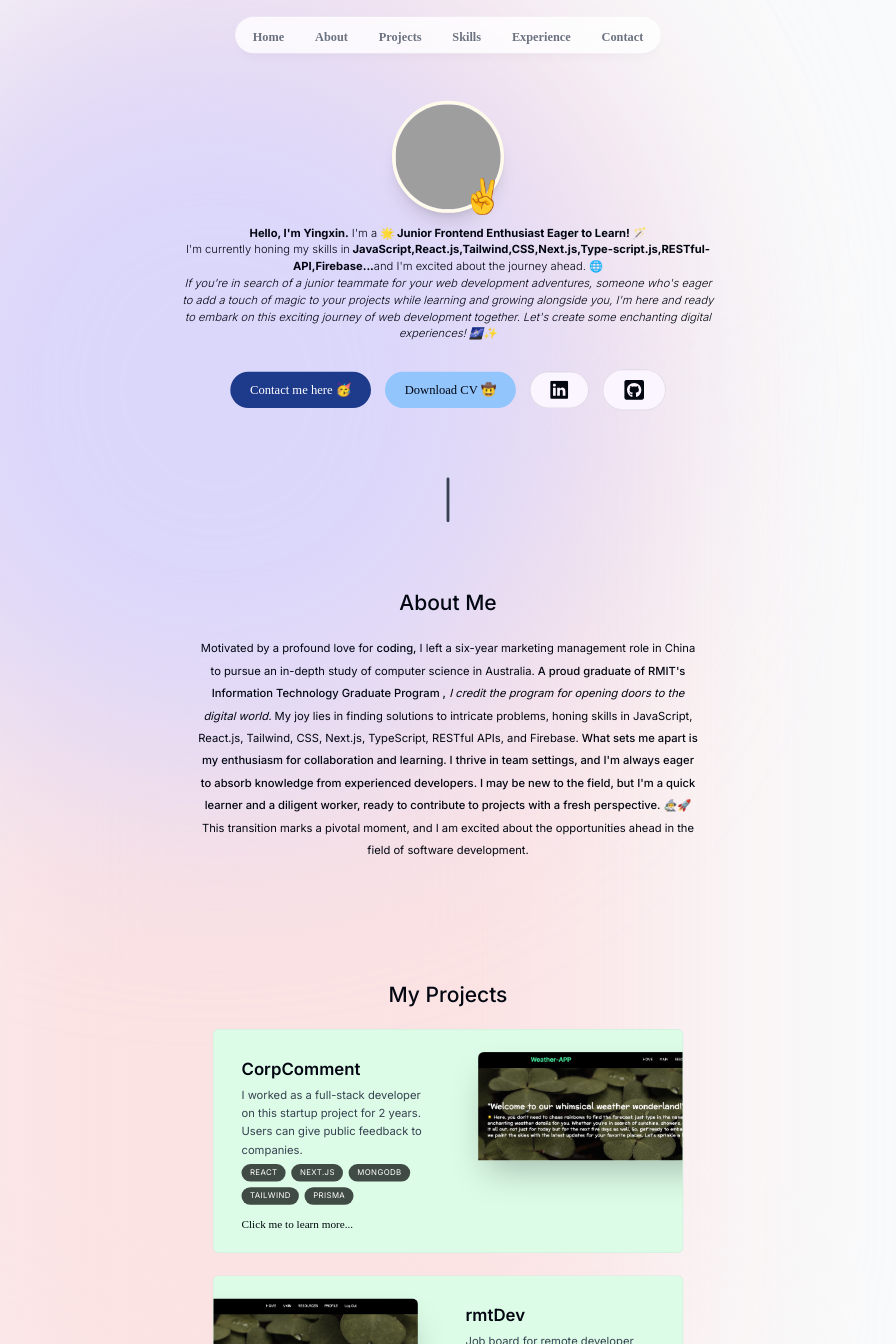
Repository: Tracy-maker/portfolio_website
Page: /
The author's editor kept a copy of each file at every save. The page is drawn from the files as they stood at one save, then again after the next save.
The browser window is 1280 px wide. The pictures show the part of the page from y = 0 to 1920 px (the page is 5000 px tall), at 70% of full size.
Pictures or frames that could not be fetched are drawn as grey boxes. The project was rebuilt for these pictures with package versions that can differ from the ones it lists, and the page was loaded fresh each time. The framework's server and built-in components were replaced by stand-ins that run in the browser. Also part of the build but not shown: next.config.js.

Above is the page before, as saved 2023-10-10 13:04:50.

### app/layout.tsx
import Header from "@/components/header";
import "./globals.css";
import type { Metadata } from "next";
import { Inter } from "next/font/google";

const inter = Inter({ subsets: ["latin"] });

export const metadata: Metadata = {
  title: "Yingxin_Zhang | Portfolio",
  description: "Yingxin_Zhang is a front-end developer",
};

export default function RootLayout({
  children,
}: {
  children: React.ReactNode;
}) {
  return (
    <html lang="en" className="!scroll-smooth">
      <body
        className={`${inter.className} bg-gray-50 text-gray-950 relative h-[5000px] pt-28 sm:pt-36`}
      >
        <div className="bg-[#fbe2e3] absolute top-[-6rem] -z-10 right-[21rem] h-[156.25rem] w-[31.25rem] rounded-full blur-[10rem] sm:w-[68.75rem]"></div>
        <div className="bg-[#dbd7fb] absolute top-[-1rem] -z-10 left-[-45rem] h-[71.25rem] w-[-30rem] rounded-full blur-[10rem] sm:w-[68.75rem] md:left-[-33rem] lg:left-[-28rem] xl:left-[-15rem] 2xl:left-[-5rem]"></div>
        <div className="bg-[#E1FFFF] absolute top-[-241rem] -z-10 left-[-145rem] h-[100.25rem] w-[-60rem] rounded-full blur-[10rem] sm:w-[168.75rem] md:left-[-63rem] lg:left-[-98rem] xl:left-[-95rem] 2xl:left-[-95rem]"></div>
        <Header />
        {children}
      </body>
    </html>
  );
}

### app/page.tsx
import SectionDivider from "@/components/SectionDivider";
import About from "@/components/about";
import Contact from "@/components/contact";
import Experience from "@/components/experience";
import Intro from "@/components/intro";
import Projects from "@/components/projects";
import Skills from "@/components/skills";

export default function Home() {
  return (
    <main className="flex flex-col items-center px-4">
      <Intro />
      <SectionDivider />
      <About />
      <Projects />
      <Skills />
      <Experience />
      <Contact />
    </main>
  );
}

### components/header.tsx
"use client";
import { motion } from "framer-motion";
import { links } from "@/lib/data";
import Link from "next/link";

export default function Header() {
  return (
    <header className="z-[999] relative">
      <motion.div
        className="fixed top-0 left-1/2 h-[4.5rem] w-full
        rounded-none border border-white border-opacity-40
        bg-white bg-opacity-80 shadow-lg shadow-black/[0.03]
        backdrop-blur-[0.5rem] sm:top-6 sm:h-[3.25rem] sm:w-[38rem] sm:rounded-full"
        initial={{ y: -100, x: "-50%", opacity: 0 }}
        animate={{ y: 0, x: "-50%", opacity: 1 }}
      ></motion.div>

      <nav className="flex font-custom fixed top-[0.15rem] left-1/2 h-12 -translate-x-1/2 py-2 sm:top-[1.7rem] sm:h-[initial] sm:py-0">
        <ul className="flex w-[22rem] flex-wrap items-center justify-center gap-y-1 text-[1.1rem] font-bold text-gray-500 sm:w-[initial] sm:flex-nowrap sm:gap-5">
          {links.map((link) => (
            <motion.li
              className="h-3/4 flex items-center justify-center relative"
              key={link.hash}
              initial={{ y: -100, opacity: 0 }}
              animate={{ y: 0, opacity: 1 }}
            >
              <Link
                className="flex w-full items-center justify-center px-3 py-3 hover:text-gray-950 transition"
                href={link.hash}
              >
                {link.name}
              </Link>
            </motion.li>
          ))}
        </ul>
      </nav>
    </header>
  );
}

### app/globals.css
@tailwind base;
@tailwind components;
@tailwind utilities;

html {
    --line-color:#e5e7eb;
}

### components/SectionDivider.tsx
"use client";

import React from "react";
import { motion } from "framer-motion";

export default function SectionDivider() {
  return (
    <motion.div
      className="bg-gray-700 my-24 h-16 w-1 rounded-full hidden sm:block dark:bg-opacity-20"
      initial={{ opacity: 0, y: 100 }}
      animate={{ opacity: 1, y: 0 }}
      transition={{ delay: 0.125 }}
    ></motion.div>
  );
}

### components/about.tsx
"use client";

import React from "react";
import { motion } from "framer-motion";
import SectionHeading from "./sectionHeading";

export default function About() {
  return (
    <motion.section
      className="mb-28 max-w-[45rem] text-center leading-8 sm:mb-40 scroll-mt-32"
      initial={{ opacity: 0, y: 100 }}
      animate={{ opacity: 1, y: 0 }}
      transition={{ delay: 0.175 }}
      id="about"
    >
      <SectionHeading>About me</SectionHeading>
      <p className="mb-3">
        Motivated by a profound love for{" "}
        <span className="font-medium">coding,</span> I left a six-year marketing
        management role in China to pursue an in-depth study of computer science
        in Australia.{" "}
        <span className="font-medium">
          A proud graduate of RMIT's Information Technology Graduate Program ,
        </span>
        <span className="italic">
          {" "}
          I credit the program for opening doors to the digital world.
        </span>{" "}
        My joy lies in finding solutions to intricate problems, honing skills in
        JavaScript, React.js, Tailwind, CSS, Next.js, TypeScript, RESTful APIs,
        and Firebase.
        <span className="font-medium">
          {" "}
          What sets me apart is my enthusiasm for collaboration and learning. I
          thrive in team settings, and I'm always eager to absorb knowledge from
          experienced developers. I may be new to the field, but I'm a quick
          learner and a diligent worker, ready to contribute to projects with a
          fresh perspective. 🧙‍♂️🚀
        </span>
        This transition marks a pivotal moment, and I am excited about the
        opportunities ahead in the field of software development.
      </p>
    </motion.section>
  );
}

### components/contact.tsx
"use client";

import React from "react";
import SectionHeading from "./sectionHeading";
import { motion } from "framer-motion";

export default function Contact() {
  return (
    <motion.section
      id="contact"
      className="mb-20 sm:mb-28 w-[min(100%, 38rem)] text-center"
      initial={{ opacity: 0 }}
      whileInView={{ opacity: 1 }}
      transition={{ duration: 1 }}
      viewport={{ once: true }}
    >
      <SectionHeading>Contact Me</SectionHeading>

      <p className="text-gray-700 -m-6 dark:text-white/80">
        Please contact me directly at{" "}
        <a className="underline" href="mailto:ydlvns@gmail.com">
          ydlvns@gmail.com
        </a>{" "}
        or through this form.
      </p>

      <form className="mt-10 flex flex-col dark:text-black">
        {" "}
        <input
          className="h-14 px-4 rounded-lg borderBlack dark:bg-white dark:bg-opacity-80 dark:focus:bg-opacity-100 transition-all dark:outline-none"
          name="senderEmail"
          type="email"
          required
          maxLength={500}
          placeholder="Your email"
        />
        <textarea
          className="h-52 my-3 rounded-lg borderBlack p-4 dark:bg-white dark:bg-opacity-80 dark:focus:bg-opacity-100 transition-all dark:outline-none"
          name="message"
          placeholder="Your message"
          required
          maxLength={5000}
        />
      </form>
    </motion.section>
  );
}

### components/experience.tsx
"use client";

import React from "react";
import SectionHeading from "./sectionHeading";
import {
  VerticalTimeline,
  VerticalTimelineElement,
} from "react-vertical-timeline-component";
import "react-vertical-timeline-component/style.min.css";
import { experiencesData } from "@/lib/data";
import { useTheme } from "@/context/themeContext";

export default function Experience() {
  // const { theme } = useTheme();

  return (
    <section id="experience" className="scroll-mt-28 mb-28 sm:mb-40">
      <SectionHeading>My experience</SectionHeading>
      <VerticalTimeline lineColor="">
        {experiencesData.map((item, index) => (
          <React.Fragment key={index}>
            <VerticalTimelineElement
              contentStyle={{
                // background:
                //   theme === "light" ? "#f3f4f6" : "rgba(255, 255, 255, 0.05)",

                // boxShadow: "none",
                // border: "1px solid rgba(0, 0, 0, 0.05)",
                // textAlign: "left",
                // padding: "1.3rem 2rem",
              }}
              contentArrowStyle={
                {
                  // borderRight:
                  //   theme === "light"
                  //    ? "0.4rem solid #9ca3af"
                  //     : "0.4rem solid rgba(255, 255, 255, 0.5)",
                }
              }
              date={item.date}
              icon={item.icon}
              iconStyle={{
                // background:
                //   theme === "light" ? "white" : "rgba(255, 255, 255, 0.15)",
             //   fontSize: "1.5rem",
              }}
            >
              <h3 className="font-semibold capitalize">{item.title}</h3>
              <p className="font-normal !mt-0">{item.location}</p>
              <p className="!mt-1 !font-normal text-gray-700 dark:text-white/75">
                {item.description}
              </p>
            </VerticalTimelineElement>
          </React.Fragment>
        ))}
      </VerticalTimeline>
    </section>
  );
}

### components/intro.tsx
"use client";

import Image from "next/image";
import React from "react";
import { motion } from "framer-motion";
import Link from "next/link";
import { BsLinkedin } from "react-icons/bs";
import { FaGithubSquare } from "react-icons/fa";

export default function Intro() {
  return (
    <section
      id="home"
      className="mb-28 max-w-[50rem] text-center sm:mb-0 scroll-mt-[100rem]"
    >
      <div className="flex items-center justify-center">
        <div className="relative">
          <motion.div
            initial={{ opacity: 0, scale: 0 }}
            animate={{ opacity: 1, scale: 1 }}
            transition={{
              type: "tween",
              duration: 0.2,
            }}
          >
            <Image
              src="https://i.ibb.co/MRHHtS5/Wechat-IMG7.jpg"
              alt="Personal image"
              width="300"
              height="300"
              quality="90"
              priority={true}
              className="h-40 w-40 rounded-full object-cover border-[0.35rem] border-amber-50 shadow-xl"
            />
          </motion.div>

          <motion.span
            className="absolute bottom-0 right-0 text-5xl"
            initial={{ opacity: 0, scale: 0 }}
            animate={{ opacity: 1, scale: 1 }}
            transition={{
              type: "spring",
              stiffness: 125,
              delay: 0.1,
              duration: 0.7,
            }}
          >
            ✌️
          </motion.span>
        </div>
      </div>
      <motion.h6
        className="mb-10 mt-4 px-4 text-s font-light !leading-[1.5] sm:text-m"
        initial={{ opacity: 0, y: 100 }}
        animate={{ opacity: 1, y: 0 }}
      >
        <span className="font-bold">Hello, I'm Yingxin.</span> I'm a{" "}
        <span className="font-bold">
          🌟 Junior Frontend Enthusiast Eager to Learn! 🪄
        </span>
        <br />
        I'm currently honing my skills in
        <span className="font-bold">
          {" "}
          JavaScript,React.js,Tailwind,CSS,Next.js,Type-script.js,RESTful-API,Firebase...
        </span>
        and I'm excited about the journey ahead. 🌐
        <br />
        <span className="italic">
          If you're in search of a junior teammate for your web development
          adventures, someone who's eager to add a touch of magic to your
          projects while learning and growing alongside you, I'm here and ready
          to embark on this exciting journey of web development together. Let's
          create some enchanting digital experiences! 🌌✨
        </span>
      </motion.h6>

      <motion.div
        className="flex flex-col font-custom sm:flex-row items-center justify-center gap-5 px-4 text-lg font-medium"
        initial={{ opacity: 0, y: 100 }}
        animate={{ opacity: 1, y: 0 }}
        transition={{ delay: 0.1 }}
      >
        <Link
          id="contact"
          href="#contact"
          className="bg-blue-900 text-white px-7 py-3 flex items-center gap-2 rounded-full outline-none focus:scale-105 hover:scale-110 hover:bg-gray-700 active:scale-95 transition cursor-pointer border-black/10s"
        >
          Contact me here 🥳
        </Link>
        <a
          href="/CV.pdf"
          download
          className="group bg-blue-300 px-7 py-3 flex items-center gap-2 rounded-full outline-none focus:scale-110 hover:scale-110 active:scale-105 transition cursor-pointer"
        >
          Download CV 🤠
        </a>
        <a
          href="https://www.linkedin.com/in/yingxin-zhang-ba1028212/"
          target="_blank"
          className="bg-purple-50 px-7 py-3 flex items-center gap-2 rounded-full text-[1.6rem] focus:scale-[1.15] hover:scale-[1.15] active:scale-105 transition cursor-pointer border border-black/10"
        >
          <BsLinkedin />
        </a>
        <a
          href="https://github.com/Tracy-maker"
          target="_blank"
          className="bg-purple-50 px-7 py-3 flex items-center gap-2 rounded-full text-[2rem] focus:scale-[1.15] hover:scale-[1.15] active:scale-105 transition cursor-pointer border border-black/10"
        >
          <FaGithubSquare />
        </a>
      </motion.div>
    </section>
  );
}

### components/projects.tsx
"use client";

import React from "react";
import { projectsData } from "@/lib/data";
import Project from "./project";
import SectionHeading from "./sectionHeading";

export default function Projects() {
  return (
    <section id="projects" className="scroll-mt-32 mb-32">
      <SectionHeading>My projects</SectionHeading>
      <div>
        {projectsData.map((project, index) => (
          <React.Fragment key={index}>
            <Project {...project} />
          </React.Fragment>
        ))}
      </div>
    </section>
  );
}

### components/skills.tsx
"use client";

import React from "react";
import { skillsData } from "@/lib/data";
import { motion } from "framer-motion";
import SectionHeading from "./sectionHeading";

const fadeInAnimationVariants = {
  initial: {
    opacity: 0,
    y: 100,
  },
  animate: (index: number) => ({
    opacity: 1,
    y: 0,
    transition: {
      delay: 0.05 * index,
    },
  }),
};

export default function Skills() {
  return (
    <section
      id="skills"
      className="mb-28 max-w-[40rem] scroll-mt-28 text-center sm:mb-40"
    >
      <SectionHeading>My skills</SectionHeading>
      <ul className="flex flex-wrap justify-center gap-2 text-lg text-gray-800">
        {skillsData.map((skill, index) => (
          <motion.li
            className="bg-white borderBlack rounded-xl px-5 py-3 dark:bg-white/10 dark:text-white/80"
            key={index}
            variants={fadeInAnimationVariants}
            initial="initial"
            whileInView="animate"
            viewport={{
              once: true,
            }}
            custom={index}
          >
            {skill}
          </motion.li>
        ))}
      </ul>
    </section>
  );
}

### lib/data.ts
import React from "react";
import { CgWorkAlt } from "react-icons/cg";
import { FaReact } from "react-icons/fa";
import { LuGraduationCap } from "react-icons/lu";
import p1Img from "@/public/p1.png";
import p2Img from "@/public/p2.png";
import p3Img from "@/public/p3.png";

export const links = [
  {
    name: "Home",
    hash: "#home",
  },
  {
    name: "About",
    hash: "#about",
  },
  {
    name: "Projects",
    hash: "#projects",
  },
  {
    name: "Skills",
    hash: "#skills",
  },
  {
    name: "Experience",
    hash: "#experience",
  },
  {
    name: "Contact",
    hash: "#contact",
  },
] as const;

export const experiencesData = [
  {
    title: "Graduated bootcamp",
    location: "Miami, FL",
    description:
      "I graduated after 6 months of studying. I immediately found a job as a front-end developer.",
    icon: React.createElement(LuGraduationCap),
    date: "2019",
  },
  {
    title: "Front-End Developer",
    location: "Orlando, FL",
    description:
      "I worked as a front-end developer for 2 years in 1 job and 1 year in another job. I also upskilled to the full stack.",
    icon: React.createElement(CgWorkAlt),
    date: "2019 - 2021",
  },
  {
    title: "Full-Stack Developer",
    location: "Houston, TX",
    description:
      "I'm now a full-stack developer working as a freelancer. My stack includes React, Next.js, TypeScript, Tailwind, Prisma and MongoDB. I'm open to full-time opportunities.",
    icon: React.createElement(FaReact),
    date: "2021 - present",
  },
] as const;

export const projectsData = [
  {
    title: "CorpComment",
    description:
      "I worked as a full-stack developer on this startup project for 2 years. Users can give public feedback to companies.",
    tags: ["React", "Next.js", "MongoDB", "Tailwind", "Prisma"],
    imageUrl: p2Img,
    url: "https://projects-collection-1314.vercel.app",
  },
  {
    title: "rmtDev",
    description:
      "Job board for remote developer jobs. I was the front-end developer. It has features like filtering, sorting and pagination.",
    tags: ["React", "TypeScript", "Next.js", "Tailwind", "Redux"],
    imageUrl: p2Img,
    url: "https://projects-collection-1314.vercel.app",
  },
  {
    title: "Word Analytics",
    description:
      "A public web app for quick analytics on text. It shows word count, character count and social media post limits.",
    tags: ["React", "Next.js", "SQL", "Tailwind", "Framer"],
    imageUrl: p3Img,
    url: "https://projects-collection-1314.vercel.app",
  },
] as const;

export const skillsData = [
  "HTML",
  "CSS",
  "JavaScript",
  "TypeScript",
  "React",
  "Next.js",
  "Git",
  "MUI-material",
  "Tailwind",
  "REST-API",
  "PostgreSQL",
  "Framer Motion",
] as const;

### components/project.tsx
"use client";

import { useRef } from "react";
import { projectsData } from "@/lib/data";
import Image from "next/image";
import { motion, useScroll, useTransform } from "framer-motion";

type ProjectProps = (typeof projectsData)[number];

export default function Project({
  title,
  description,
  tags,
  imageUrl,
  url,
}: ProjectProps) {
  const ref = useRef<HTMLDivElement>(null);
  const { scrollYProgress } = useScroll({
    target: ref,
    offset: ["0 1", "1.33 1"],
  });
  const scaleProgress = useTransform(scrollYProgress, [0, 1], [0.8, 1]);
  const opacityProgress = useTransform(scrollYProgress, [0, 1], [0.6, 1]);

  return (
    <motion.div
      ref={ref}
      style={{
        scale: scaleProgress,
        opacity: opacityProgress,
      }}
      className="group mb-3 sm:mb-8 last:mb-0"
    >
      <section className="bg-green-100 max-w-[42rem] border border-black/5 rounded-lg overflow-hidden sm:pr-8 relative sm:h-[20rem] hover:bg-gray-200 transition sm:group-even:pl-8 dark:text-white dark:bg-white/10 dark:hover:bg-white/20">
        <div className="pt-4 pb-7 px-5 sm:pl-10 sm:pr-2 sm:pt-10 sm:max-w-[50%] flex flex-col h-full sm:group-even:ml-[18rem]">
          <h3 className="text-2xl font-semibold">{title}</h3>
          <p className="mt-2 leading-relaxed text-gray-700 dark:text-white/70">
            {description}
          </p>
          <ul className="flex flex-wrap mt-4 gap-2 sm:mt-auto">
            {tags.map((tag, index) => (
              <li
                className="bg-black/[0.7] px-3 py-1 text-[0.7rem] uppercase tracking-wider text-white rounded-full dark:text-white/70"
                key={index}
              >
                {tag}
              </li>
            ))}
          </ul>
          <a href={url} target="_blank" className="font-custom pt-4">
            {" "}
            Click me to learn more...{" "}
          </a>
        </div>

        <Image
          src={imageUrl}
          alt="Project I worked on"
          quality={95}
          className="absolute hidden sm:block top-8 -right-40 w-[28.25rem] rounded-t-lg shadow-2xl
        transition
        group-hover:scale-[1.04]
        group-hover:-translate-x-3
        group-hover:translate-y-3
        group-hover:-rotate-2

        group-even:group-hover:translate-x-3
        group-even:group-hover:translate-y-3
        group-even:group-hover:rotate-2

        group-even:right-[initial] group-even:-left-40"
        />
      </section>
    </motion.div>
  );
}

### tailwind.config.ts
import type { Config } from 'tailwindcss'

const config: Config = {
  content: [
    './pages/**/*.{js,ts,jsx,tsx,mdx}',
    './components/**/*.{js,ts,jsx,tsx,mdx}',
    './app/**/*.{js,ts,jsx,tsx,mdx}',
  ],
  theme: {
    extend: {
      backgroundImage: {
        'gradient-radial': 'radial-gradient(var(--tw-gradient-stops))',
        'gradient-conic':
          'conic-gradient(from 180deg at 50% 50%, var(--tw-gradient-stops))',
      },
      fontFamily: {
        custom: ["Gabarito", "cursive"],
      },
    },
  },
  plugins: [],
  darkMode: "class",
}
export default config

### components/themeButton.tsx
"use client";

import { useTheme } from "next-themes";
import { useEffect, useState } from "react";
import { BsMoon, BsSun } from "react-icons/bs";

export default function ThemeButton() {
  const { setTheme, resolvedTheme } = useTheme();
  const [mounted, setMounted] = useState(false);

  useEffect(() => {
    setMounted(true);
  }, []);

  if (!mounted) {
    return null;
  }

  return (
    <button
      onClick={() => setTheme(resolvedTheme === "dark" ? "light" : "dark")}
      className="bg-blue-500/30 p-2 rounded-lg text-blue-500"
    >
      {resolvedTheme === "dark" ? (
        <BsSun className="w-6 h-6" />
      ) : (
        <BsMoon className="w-6 h-6" />
      )}
    </button>
  );
}

Loaded but not shown: components/sectionHeading.tsx (common file)

After the next save:
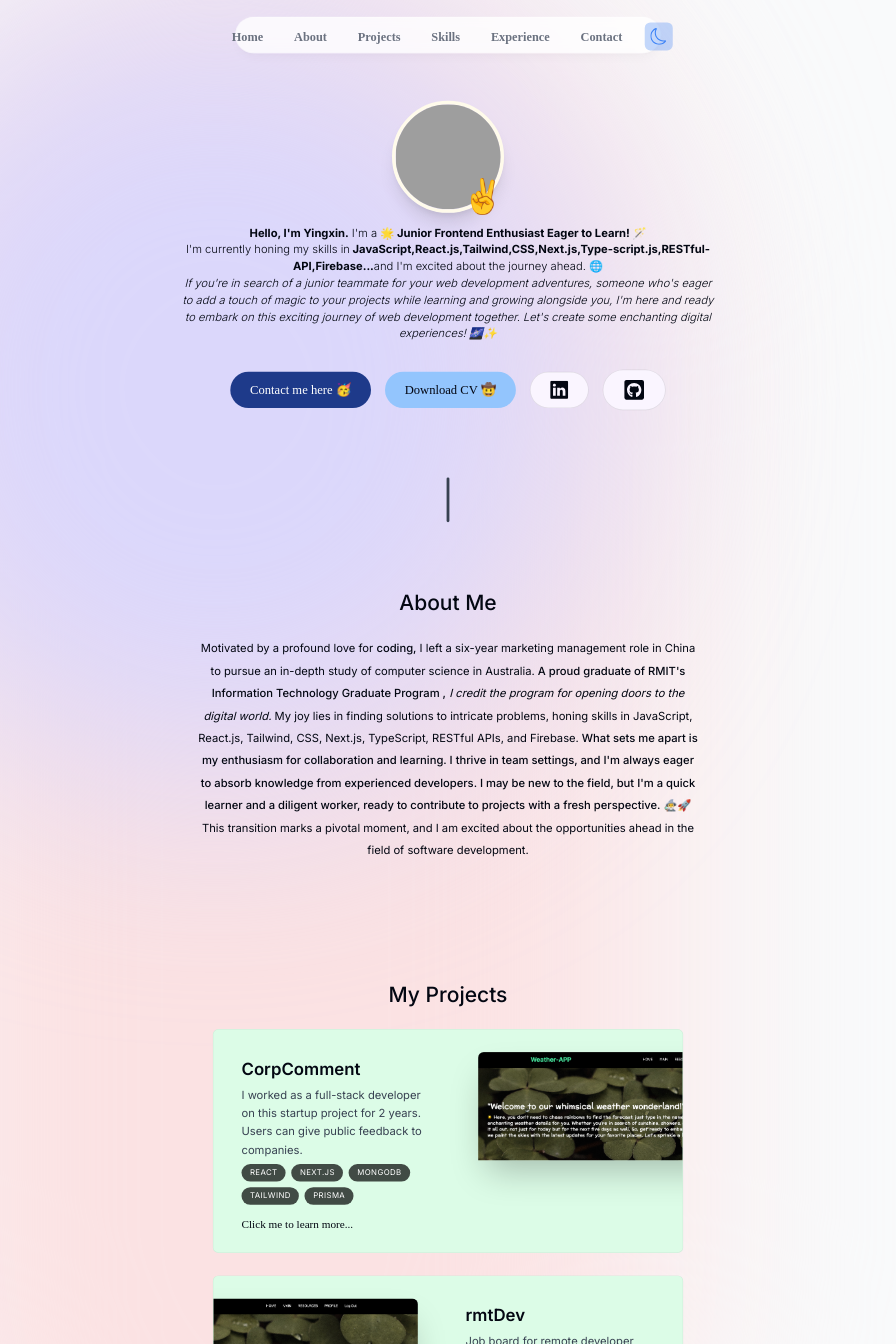
Saved 55 s later.
--- a/components/header.tsx
+++ b/components/header.tsx
@@ -2,6 +2,7 @@
 import { motion } from "framer-motion";
 import { links } from "@/lib/data";
 import Link from "next/link";
+import ThemeButton from "./themeButton";
 
 export default function Header() {
   return (
@@ -32,6 +33,7 @@ export default function Header() {
               </Link>
             </motion.li>
           ))}
+          <ThemeButton/>
         </ul>
       </nav>
     </header>
